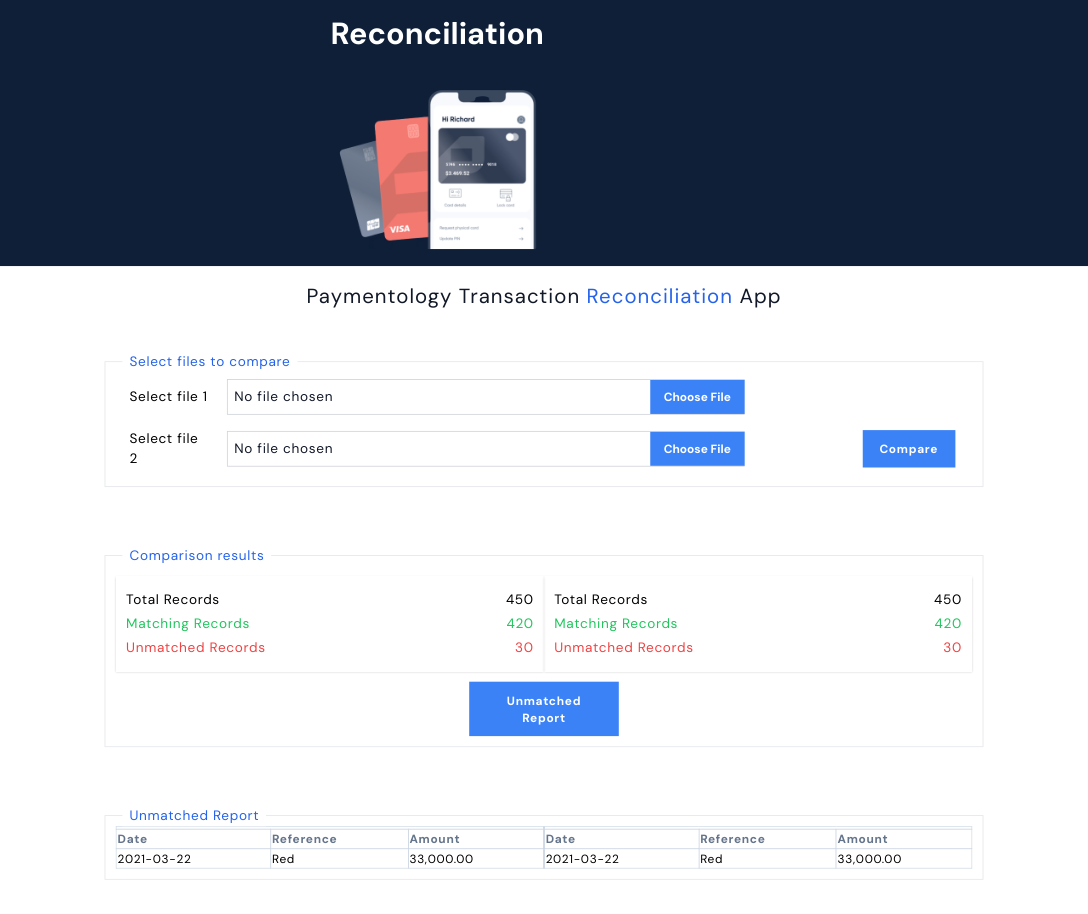
Repository: chionye/paymentology-front
Page: /
An editor plug-in stored every save of this project. The page is shown before and after the next save, followed by the edit.
The browser window is 1280 px wide. The pictures show the whole page, at 85% of full size.
The project was rebuilt for these pictures with package versions that can differ from the ones it lists, and the page was loaded fresh each time.

Above is the page before, as saved 2022-03-20 13:42:21.

### public/index.html
<!DOCTYPE html>
<html lang="en">
  <head>
    <meta charset="utf-8" />
    <link rel="icon" href="%PUBLIC_URL%/favicon.ico" />
    <meta name="viewport" content="width=device-width, initial-scale=1" />
    <meta name="theme-color" content="#000000" />
    <meta
      name="description"
      content="Web site created using create-react-app"
    />
    <link rel="preconnect" href="https://fonts.googleapis.com">
    <link rel="preconnect" href="https://fonts.gstatic.com" crossorigin>
    <link href="https://fonts.googleapis.com/css2?family=DM+Sans:wght@400;700&display=swap" rel="stylesheet">
    <link rel="apple-touch-icon" href="%PUBLIC_URL%/logo192.png" />
    <!--
      manifest.json provides metadata used when your web app is installed on a
      user's mobile device or desktop. See https://developers.google.com/web/fundamentals/web-app-manifest/
    -->
    <link rel="manifest" href="%PUBLIC_URL%/manifest.json" />
    <!--
      Notice the use of %PUBLIC_URL% in the tags above.
      It will be replaced with the URL of the `public` folder during the build.
      Only files inside the `public` folder can be referenced from the HTML.

      Unlike "/favicon.ico" or "favicon.ico", "%PUBLIC_URL%/favicon.ico" will
      work correctly both with client-side routing and a non-root public URL.
      Learn how to configure a non-root public URL by running `npm run build`.
    -->
    <title>React App</title>
  </head>
  <body>
    <noscript>You need to enable JavaScript to run this app.</noscript>
    <div id="root"></div>
    <!--
      This HTML file is a template.
      If you open it directly in the browser, you will see an empty page.

      You can add webfonts, meta tags, or analytics to this file.
      The build step will place the bundled scripts into the <body> tag.

      To begin the development, run `npm start` or `yarn start`.
      To create a production bundle, use `npm run build` or `yarn build`.
    -->
  </body>
</html>

### src/index.css
@tailwind base;
@tailwind components;
@tailwind utilities;

body {
  margin: 0;
  padding:0;
  box-sizing: border-box;
  font-family: -apple-system, BlinkMacSystemFont, 'Segoe UI', 'Roboto', 'Oxygen',
    'Ubuntu', 'Cantarell', 'Fira Sans', 'Droid Sans', 'Helvetica Neue',
    sans-serif;
  -webkit-font-smoothing: antialiased;
  -moz-osx-font-smoothing: grayscale;
  font-family: 'DM Sans', sans-serif;
}

input[type=file]::file-selector-button {
  position: absolute;
  right:-5px;
  top:0;

}
input[type=file]::-ms-browse {
  position: absolute;
  right:-5px;
  top:0;
}

input[type=file]::-webkit-file-upload-button {
  position: absolute;
  right:-5px;
  top:0;
}

### src/App.js
import Banner from "./components/Banner";
import CompareFiles from "./components/CompareFiles";
import { FileProvider } from "./context/index.context";
import Results from "./components/Results";
import Report from "./components/Report";
import Title from "./components/Title";

function App() {
  return (
    <FileProvider>
      <Banner />
      <Title />

      <CompareFiles />
      <Results />
      <Report />
    </FileProvider>

  );
}

export default App;

### src/components/Banner.js
import BannerImg from "../assets/PaymentologyImg.png";
import Container from "./Container";
const Banner = () => {
    const style = {
        background: "#0f1f38"
    }
    return(
        <div style={style} className="flex flex-col md:flex-row md:justify-between md:items-center">
            <Container>
                <div className=""></div>
            <div className="w-1/2 text-white text-4xl font-bold text-right">
                <h1>Reconciliation</h1>
            </div>
            <div className="w-1/2 ">
                <img src={BannerImg} alt="Banner" />
            </div>
            </Container>



        </div>
    )
}

export default Banner;

### src/components/CompareFiles.js
import Button from "./Button";
import Container from "./Container";
import InputFile from "./InputFile";
import Section from "./Section";
import { useFileContext } from "../context/index.context";

const CompareFiles = () => {
    const {file, setFile} = useFileContext();

    const saveFile_1 = e => {
        setFile({
            ...file,
            file1: e.target.files[0],
            fileName1: e.target.files[0].name
        })
    }

    const saveFile_2 = e => {
        setFile({
            ...file,
            file2: e.target.files[0],
            fileName2: e.target.files[0].name
        })
    }

    return(
        <Container>
            <Section title={"Select files to compare"}>
                <InputFile
                file={"Select file 1"}
                handleFile={saveFile_1}
                 />
                <div className="flex flex-col md:flex-row md:items-center md:justify-between">
                    <InputFile
                    file={"Select file 2"}
                    handleFile={saveFile_2}
                    />
                    <div className="my-3 md:my-0 md:mr-5">

                    <Button width={"w-full"} label={"Compare"} />
                    </div>

                </div>
            </Section>
        </Container>

    )
}

export default CompareFiles;

### src/context/index.context.js
import { createContext, useContext, useState } from "react";

const FileContext = createContext(null);

export const FileProvider = ({children}) => {
     const [file, setFile] = useState({
        file1: '',
        fileName1: '',
        file2:'',
        fileName2: ''
    });

    return(
        <FileContext.Provider value={{file, setFile}}>
            {children}
        </FileContext.Provider>
    )
}

export const useFileContext = () => useContext(FileContext);

### src/components/Results.js
import Button from "./Button";
import Container from "./Container";
import FileSummary from "./FileSummary";
import Section from "./Section";
import { useFileContext } from "../context/index.context";

const Results = () => {
    const { file } = useFileContext();
    return(
        <Container>
            <Section title={"Comparison results"}>
                <div className="flex flex-col md:flex-row md:justify-between md:items-center">
                    <FileSummary
                        fileName={file.fileName1}
                        totalRecords={450}
                        matchingRecords={420}
                        unmatchedRecords={30}
                    />
                    <FileSummary
                        fileName={file.fileName2}
                        totalRecords={450}
                        matchingRecords={420}
                        unmatchedRecords={30}
                    />
                </div>
                <div className="md:flex md:w-44 md:justify-center md:mx-auto">
                        <Button width={"w-full"} label={"Unmatched Report"} />
                </div>
            </Section>
        </Container>
    )
}

export default Results;

### src/components/Report.js
import Container from "./Container";
import Section from "./Section";
import FileReports from "./FileReports";


const Report = () => {

    return(
        <Container>
            <Section title={"Unmatched Report"}>
                <FileReports />
            </Section>
        </Container>
    )
}

export default Report;

### src/components/Title.js
import Container from "./Container"

const Title = () => {
    return(
        <Container>
            <div className="md:w-5/6 mx-auto">
                <h1 className="font-medium tracking-wider text-center  leading-loose text-xl md:text-2xl text-gray-900">Paymentology Transaction <span className="text-blue-600">Reconciliation</span> App</h1>

            </div>
        </Container>
    )
}

export default Title;

### src/components/Container.js
const Container = (props) => {

    return <div className="p-5 mx-auto">{props.children}</div>
}
export default Container;

### src/components/Button.js
const Button = (props) => {

    return <button className={`${props.width} bg-blue-500 hover:bg-blue-700 py-3 px-5 text-sm text-white font-semibold`} disabled={true}>{props.label}</button>
}

export default Button;

### src/components/InputFile.js


const InputFile = (props) => {


    return(
        <div className="flex flex-col md:flex-row w-full md:w-3/4 md:items-center md:justify-between text-sm md:text-base tracking-wider my-2 md:px-4">
            <label className="w-28 ">{props.file}</label>
            <div className="w-full border border-1 border-gray-300 py-2.5 sm:py-2 relative md:ml-5">
                <input type="file"
                        className="block
                        font-medium
                        tracking-wider
                        w-full
                        pl-2
                        appearance-none
                        text-gray-900
                        file:py-2.5
                        file:px-4
                        file:border-0
                        file:text-sm
                        file:font-semibold
                        file:bg-blue-500
                        hover:file:bg-blue-700
                        file:text-white"
                        onChange={props.handleFile}
                    />
            </div>

        </div>
    )
}

export default InputFile;

### src/components/Section.js

const Section = (props) => {
    return(
        <div className="relative md:w-5/6  h-auto p-3 border border-1 border-gray mx-auto my-5 tracking-wider">
            <div className="absolute font-medium -top-3 left-1 md:left-5 bg-white  text-blue-600 px-2">{props.title}</div>
            {props.children}
        </div>
    )
}

export default Section;

### src/components/FileSummary.js
const FileSummary = (props) => {
    return(
        <div className="shadow text-sm md:text-base p-3 my-3 w-full md:w-1/2  max-w-lg tracking-wider ">
            <div className="font-semibold text-xl">{props.fileName}</div>
            <div className="flex flex-row justify-between my-1">
                <span>Total Records</span>
                <span>{props.totalRecords}</span>
            </div>
            <div className="flex flex-row justify-between my-1 text-green-500">
                <span>Matching Records</span>
                <span>{props.matchingRecords}</span>
            </div>
            <div className="flex flex-row justify-between my-1 text-red-500">
                <span>Unmatched Records</span>
                <span>{props.unmatchedRecords}</span>
            </div>
        </div>
    )
}

export default FileSummary;

### src/components/FileReports.js
import { useFileContext } from "../context/index.context";
import FileReport from './FileReport';

const FileReports = () => {
    const {file} = useFileContext();

    return(
        <div className="w-full overflow-x-scroll flex flex-row">
            <FileReport
                fileName={file.fileName1}
                date={'2021-03-22'}
                reference={'Red'}
                amount={'33,000.00'}
            />
            <FileReport
                fileName={file.fileName2}
                date={'2021-03-22'}
                reference={'Red'}
                amount={'33,000.00'}
            />
        </div>

    )
}

export default FileReports;

### src/components/FileReport.js
const FileReport = (props) => {
    return(
        <table className="w-full border-collapse border-gray-300 text-sm">
            <thead>
                <tr className="text-left">
                    <th className="font-medium text-base border border-slate-300" colSpan={3} >{props.fileName}</th>
                </tr>
                <tr className="text-left text-slate-500">
                    <th className="border border-slate-300">Date</th>
                    <th className="border border-slate-300">Reference</th>
                    <th className="border border-slate-300">Amount</th>
                </tr>
            </thead>
            <tbody>
                <tr>
                    <td className="border border-slate-300">{props.date}</td>
                    <td className="border border-slate-300">{props.reference}</td>
                    <td className="border border-slate-300">{props.amount}</td>
                </tr>
            </tbody>
        </table>
    )
}

export default FileReport;

Loaded but not shown: src/index.js (common file); src/reportWebVitals.js (common file); tailwind.config.js (common file)

After the next save:
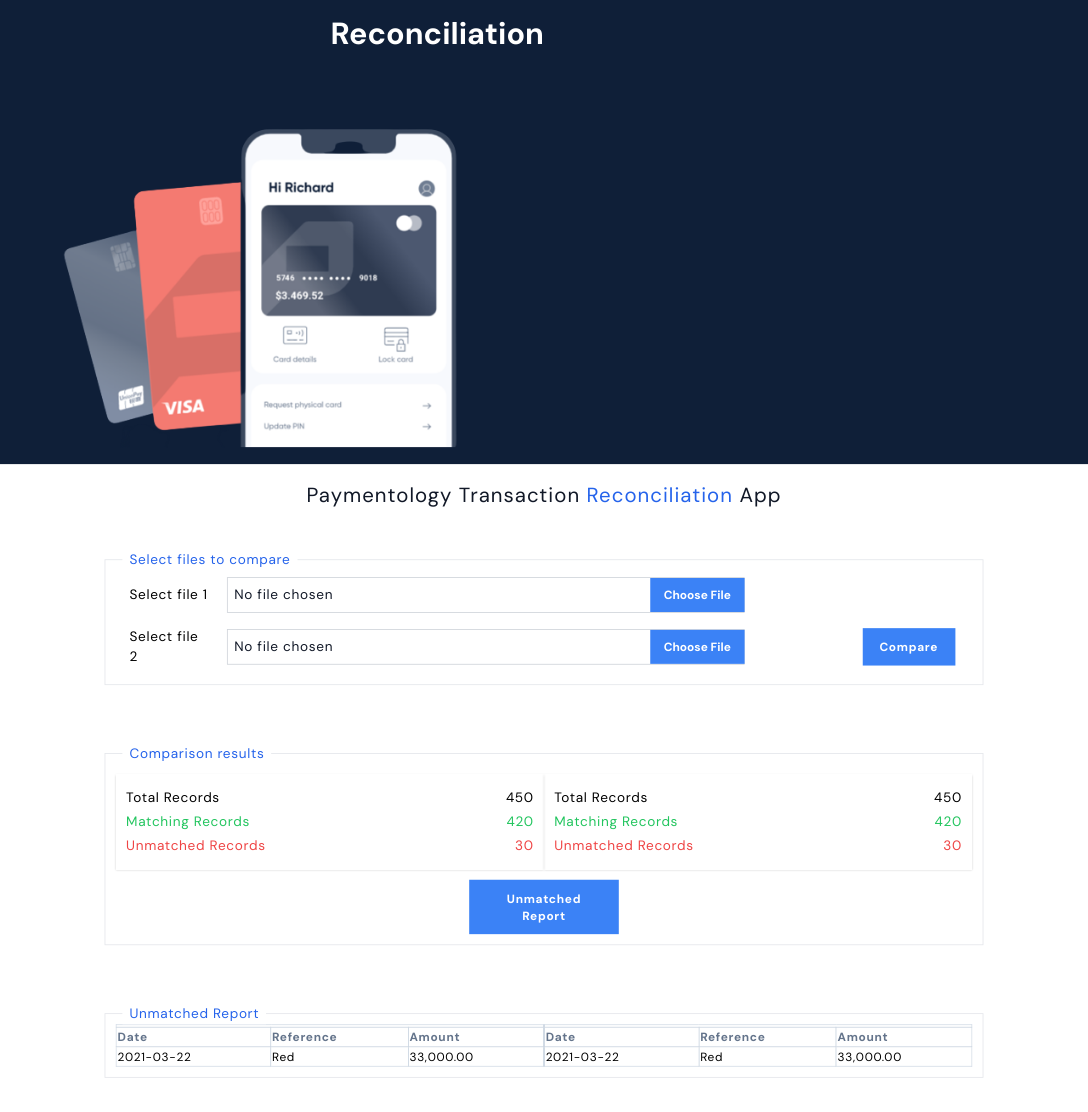
Saved 7 s later.
--- a/src/components/Banner.js
+++ b/src/components/Banner.js
@@ -5,7 +5,7 @@ const Banner = () => {
         background: "#0f1f38"
     }
     return(
-        <div style={style} className="flex flex-col md:flex-row md:justify-between md:items-center">
+        <div style={style} >
             <Container>
                 <div className=""></div>
             <div className="w-1/2 text-white text-4xl font-bold text-right">
